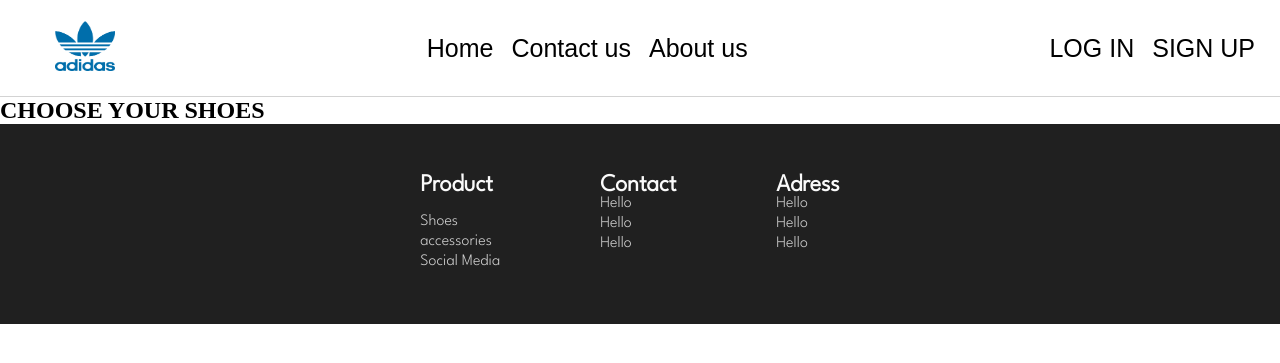
Repository: Fariaddd/Interaction-and-Design
Page: allshoes.html
The author's editor kept a copy of each file at every save. The page is drawn from the files as they stood at one save, then again after the next save.
The browser window is 1280 px wide. The pictures show the whole page.
Some web fonts or font styles are not loaded; a fallback is used.

Above is the page before, as saved 2022-03-28 11:11:34.

After the next save:
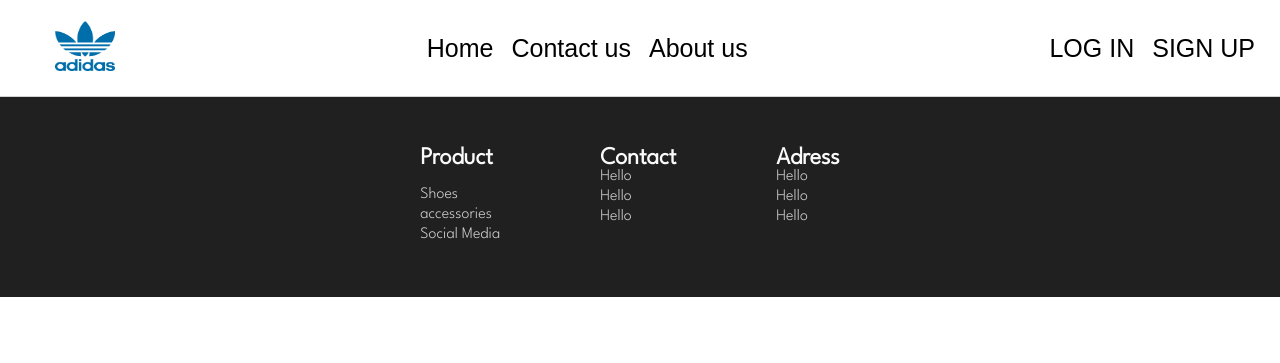
Saved 25 s later.
--- a/allshoes.html
+++ b/allshoes.html
@@ -42,12 +42,7 @@
   </header>
 
   <body>
-    <main>
-      <section>
-        <h1 class="chose">CHOOSE YOUR SHOES</h1>
-        <div class=""></div>
-      </section>
-    </main>
+    <main></main>
 
     <footer>
       <div class="footer-container">
